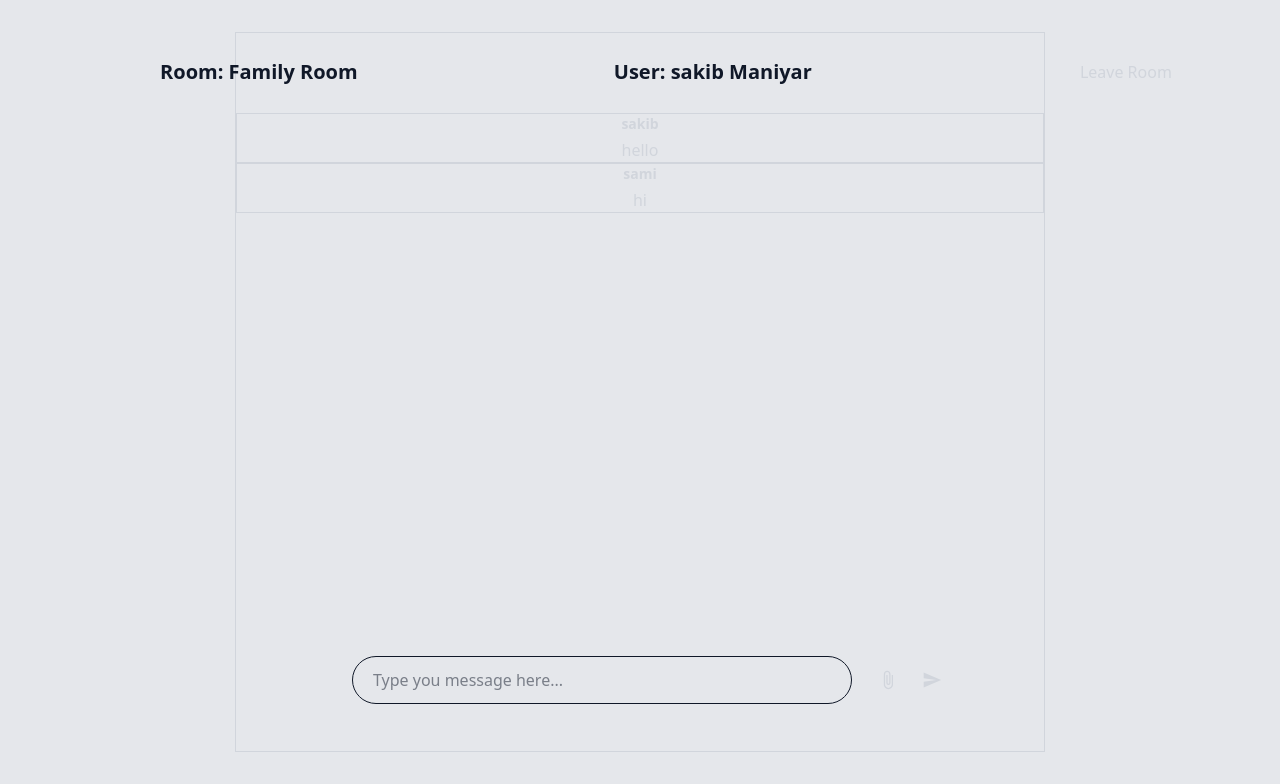
Repository: Saquib45/ChatApplication
Page: /chat (app in front-chat/)
These files come from the project's save history. The page is drawn as it stood at one moment and after a run of saves; the edit follows.
The browser window is 1280 px wide. The pictures show the whole page.
The project was rebuilt for these pictures with package versions that can differ from the ones it lists, and the page was loaded fresh each time. Also part of the build but not shown: front-chat/vite.config.js, front-chat/src/components/JoinCreateChat.jsx, front-chat/src/App.jsx.

Above is the page before, as saved 2025-04-12 21:58:01.

After the next 2 saves:
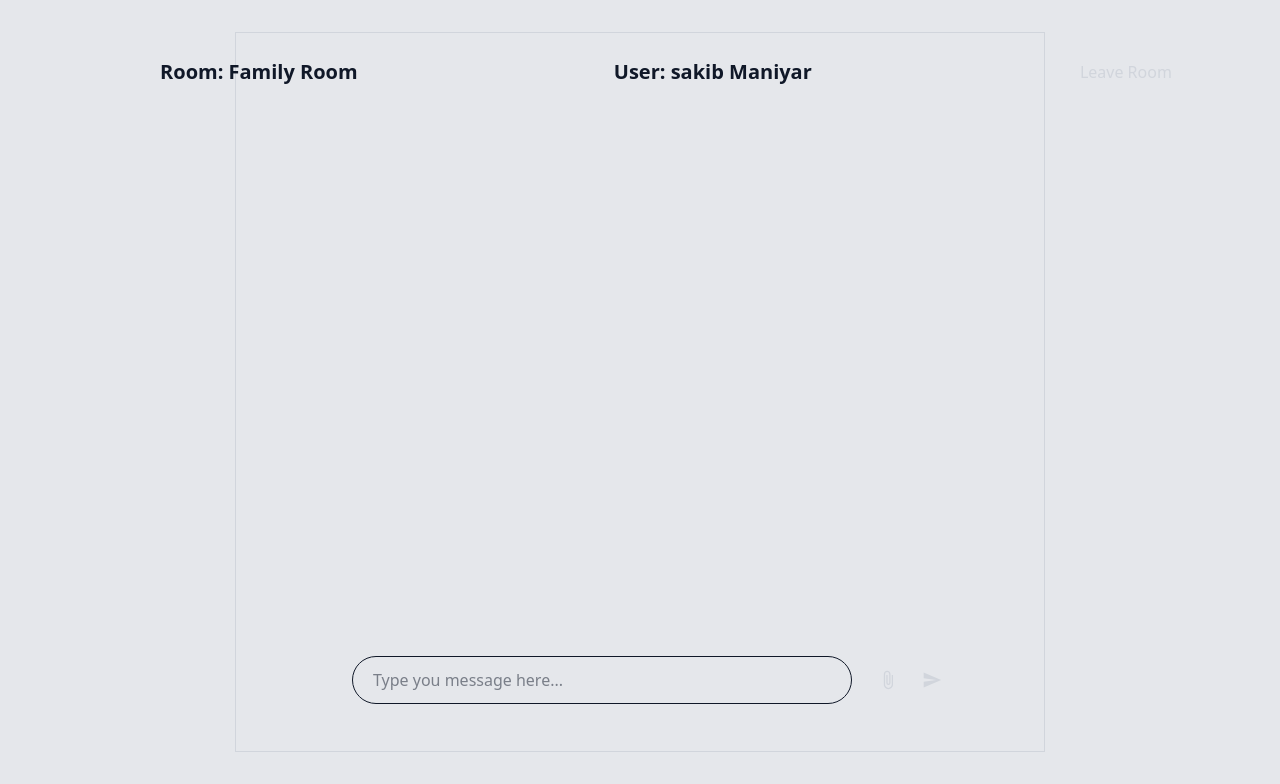
The 2 saves are shown as one change because they came seconds apart.
The last was saved 37 s later.
--- a/front-chat/src/components/ChatPage.jsx
+++ b/front-chat/src/components/ChatPage.jsx
@@ -40,9 +40,9 @@
                 {
                     messages.map((message,index)=>(
                         <div key={index} >
-                            <div className="border flex flex-col gap-1">
-                                <p className="text-sm font-bold">{message.sender}</p>
-                                <p>{message.content}</p>
+                            <div>
+
+
                             </div>
                         </div>
                     ))

After the save that followed:
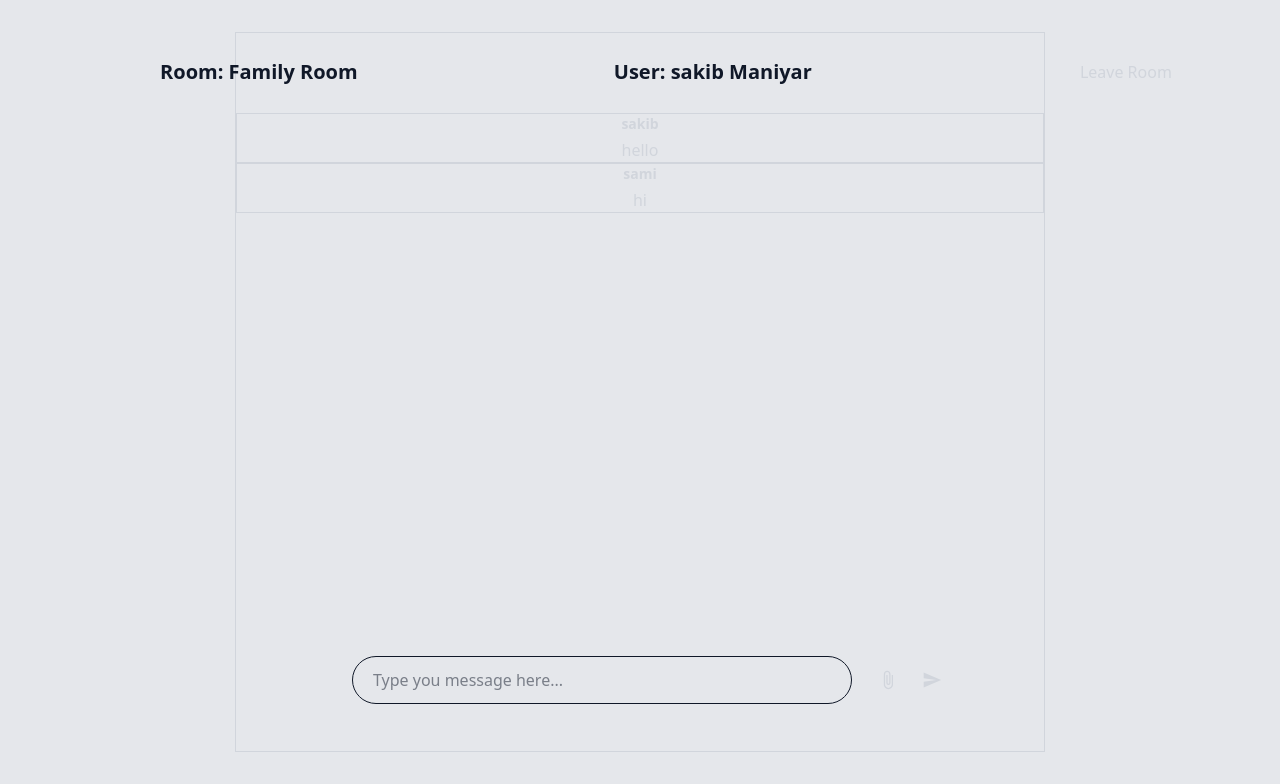
Saved 4 s later.
--- a/front-chat/src/components/ChatPage.jsx
+++ b/front-chat/src/components/ChatPage.jsx
@@ -41,7 +41,10 @@
                     messages.map((message,index)=>(
                         <div key={index} >
                             <div>
-
+                            <div className="border flex flex-col gap-1">
+                                <p className="text-sm font-bold">{message.sender}</p>
+                                <p>{message.content}</p>
+                            </div>
 
                             </div>
                         </div>
